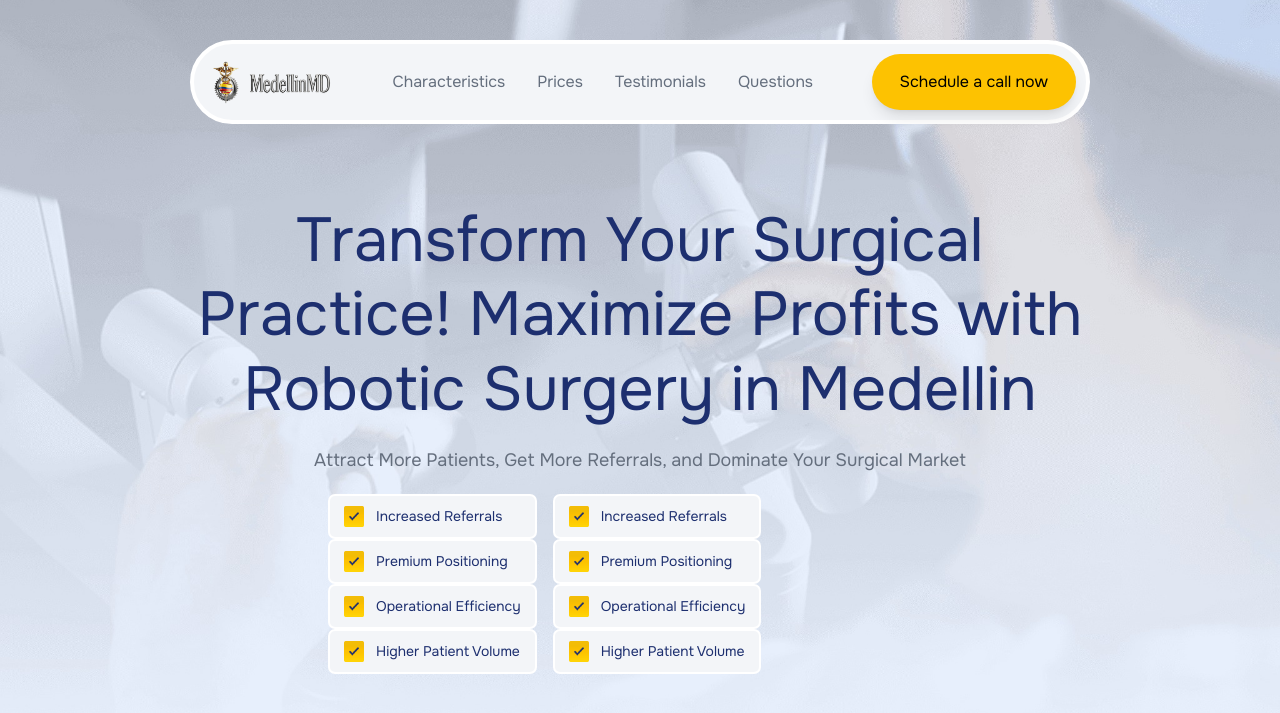
Repository: emmanueltech2019/cmd
Page: /home
These files come from the project's save history. The page is drawn as it stood at one moment and after the next save; the edit follows.
The browser window is 1280 px wide. The pictures show the whole page.
The project was rebuilt for these pictures with package versions that can differ from the ones it lists, and the page was loaded fresh each time. The framework's server and built-in components were replaced by stand-ins that run in the browser. Also part of the build but not shown: next.config.mjs.

Above is the page before, as saved 2025-05-15 16:41:26.

### src/app/home/page.jsx
import React from 'react'
import Image from 'next/image'
import medellinHero from '@/images/jpg/medellinHero.jpg'
import medellinLogo from '@/images/png/medellinLogo.png'
import medellinCheck from '@/images/png/medellinCheck.png'
import SlideView from '../components/SlideView'
import Button from '../components/Button'

const page = () => {
    const slideViewData = [
        { id: 1, text: 'Increased Referrals', image: medellinCheck },
        { id: 2, text: 'Premium Positioning', image: medellinCheck },
        { id: 3, text: 'Operational Efficiency', image: medellinCheck },
        { id: 4, text: 'Higher Patient Volume', image: medellinCheck },
    ];
  return (
    <>
        <div className={`h-screen w-full`}
            style={{
                backgroundImage: `url(${medellinHero.src})`,
                backgroundSize: 'cover',
                backgroundPosition: 'center',
                backgroundRepeat: 'no-repeat',
            }}
        >
            <nav className='py-5'>
                <div className="w-web-navwidth mx-auto bg-web-navwhite backdrop-blur-md p-web-nav-padding flex justify-between items-center rounded-web-radius border-white border-4 my-5">
                    <div className="w-web-logowidth h-web-logoheight flex justify-center items-center">
                        <Image src={medellinLogo} width={100} height={100} alt='medellin logo' className='w-full' />
                    </div>
                    <ul className="flex gap-web-navgap items-center text-navfontsize">
                        <li>
                            <button className='p-web-nav-padding bg-transparent hover:bg-web-blue text-web-navgray hover:text-white transition-all duration-500 rounded-web-navbtnradius'>Characteristics</button>
                        </li>
                        <li>
                            <button className='p-web-nav-padding bg-transparent hover:bg-web-blue text-web-navgray hover:text-white transition-all duration-500 rounded-web-navbtnradius'>Prices</button>
                        </li>
                        <li>
                            <button className='p-web-nav-padding bg-transparent hover:bg-web-blue text-web-navgray hover:text-white transition-all duration-500 rounded-web-navbtnradius'>Testimonials</button>
                        </li>
                        <li>
                            <button className='p-web-nav-padding bg-transparent hover:bg-web-blue text-web-navgray hover:text-white transition-all duration-500 rounded-web-navbtnradius'>Questions</button>
                        </li>
                    </ul>
                    <Button className='bg-web-yellow hover:bg-web-blue py-4 px-7 transition-all duration-500 hover:text-white shadow-lg rounded-web-radius'>Schedule a call now</Button>
                </div>
            </nav>
            <div className="mt-10 w-[100%] md:w-[70%] mx-auto">
                <h1 className="text-center text-web-blue text-webhero-font leading-webhero-lineheight">Transform Your Surgical Practice! Maximize Profits with Robotic Surgery in Medellin</h1>
                <p className='text-websubhero-font text-web-navgray text-center py-5'>Attract More Patients, Get More Referrals, and Dominate Your Surgical Market</p>
            </div>
            <div className="w-[50%] overflow-hidden flex whitespace-nowrap mx-auto">
                <div className="inline-block">
                    {slideViewData.map((item) => (
                        <SlideView key={`a-${item.id}`}>
                            <div className="flex gap-3">
                                <Image src={item.image} alt='medellin check' width={100} height={100} className='w-5' />
                                {item.text}
                            </div>
                        </SlideView>
                    ))}
                </div>
                <div className="inline-block">
                    {slideViewData.map((item) => (
                        <SlideView key={`b-${item.id}`}>
                            <div className="flex gap-3">
                                <Image src={item.image} alt='medellin check' width={100} height={100} className='w-5' />
                                {item.text}
                            </div>
                        </SlideView>
                    ))}
                </div>
            </div>
        </div>
    </>
  )
}

export default page

### src/app/globals.css
@import url('https://fonts.googleapis.com/css2?family=Onest:wght@100..900&family=Poppins:ital,wght@0,100;0,200;0,300;0,400;0,500;0,600;0,700;0,800;0,900;1,100;1,200;1,300;1,400;1,500;1,600;1,700;1,800;1,900&display=swap');

*{
  font-family: "Onest", sans-serif;
}

@tailwind base;
@tailwind components;
@tailwind utilities;

@font-face {
  font-family: 'Onset';
  src: url('/src/fonts/Onest-VariableFont_wght.ttf') format('truetype');
  font-weight: 400;
  font-style: normal;
  font-display: swap; /* recommended for better performance */
}

### src/app/components/SlideView.jsx
import React from 'react'

const slideview = ({ children }) => {
  return (
    <div className='p-web-heroslideview bg-web-navwhite border-white border-2 rounded-web-heroslideradius text-web-navfontsize text-web-blue mx-2 flex-shrink-0'>{children}</div>
  )
}

export default slideview

### src/app/components/button.jsx
import React from 'react'

const button = ({children}) => {
  return (
    <button className='bg-web-yellow hover:bg-web-blue py-4 px-7 transition-all duration-500 hover:text-white shadow-lg rounded-web-radius'>{children}</button>
  )
}

export default button

### tailwind.config.js
/** @type {import('tailwindcss').Config} */
export default {
  content: [
    "./index.html",
    "./src/**/*.{js,ts,jsx,tsx}",
  ],
  theme: {
    extend: {
      colors: {
        'web-blue': '#1d2f6f',
        'web-yellow': '#fdc201',
        'web-navwhite': '#f3f5f8',
        'web-navgray': '#646e7d',
      },
      boxShadow: {
        'web-shadow': '#abcbff08 0px 0.602187px 2.28831px 0px,'
      },
      padding: {
        'web-btn-padding': '16px 28px',
        'web-nav-padding': '10px',
        'web-heroslideview': '10px 14px'
      },
      lineHeight: {
        'webhero-lineheight': '74.4px'
      },
      fontSize: {
        'webhero-font': '62px',
        'websubhero-font': '18px',
        'web-navfontsize': '14px'
      },
      width: {
        'web-navwidth': '900px',
        'web-logowidth': '130px',
      },
      height: {
        'web-navheight': '76px',
        'web-logoheight': '56px'
      },
      borderRadius: {
        'web-radius': '99px',
        'web-navbtnradius': '8px',
        'web-heroslideradius': '7px'
      },
      gap: {
        'web-navgap': '12px'
      },
      fontFamily: {
        myFont: ['Onset']
      },
      keyframes: {
        'slide': {
          '0%': { transform: 'translateX(0)' },
          '100%': { transform: 'translateX(-100%)' },
        },
      },
      animation: {
        'slide': 'slide 10s linear infinite',
      },
    },
  },
  plugins: [],
}

Loaded but not shown: src/app/layout.jsx (common file)

After the next save:
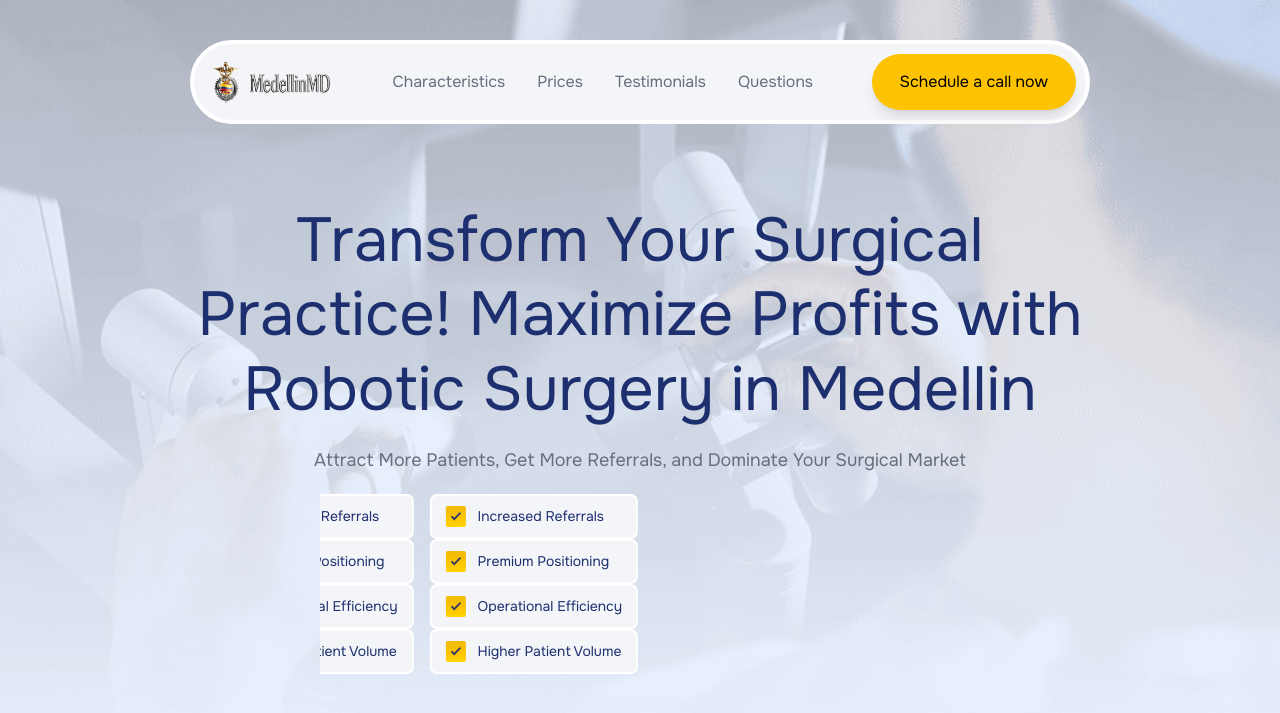
Saved 15 s later.
--- a/src/app/home/page.jsx
+++ b/src/app/home/page.jsx
@@ -50,7 +50,7 @@ const page = () => {
                 <p className='text-websubhero-font text-web-navgray text-center py-5'>Attract More Patients, Get More Referrals, and Dominate Your Surgical Market</p>
             </div>
             <div className="w-[50%] overflow-hidden flex whitespace-nowrap mx-auto">
-                <div className="inline-block">
+                <div className="inline-block animate-slide">
                     {slideViewData.map((item) => (
                         <SlideView key={`a-${item.id}`}>
                             <div className="flex gap-3">
@@ -60,7 +60,7 @@ const page = () => {
                         </SlideView>
                     ))}
                 </div>
-                <div className="inline-block">
+                <div className="inline-block animate-slide">
                     {slideViewData.map((item) => (
                         <SlideView key={`b-${item.id}`}>
                             <div className="flex gap-3">
